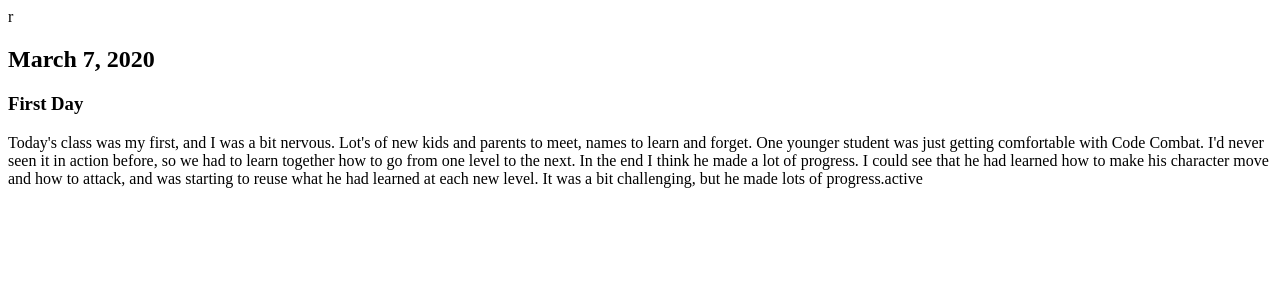
Repository: chocochocosensei/Mission-Exercises
Page: Page1/index.html
The author's editor kept a copy of each file at every save. The page is drawn from the files as they stood at one save, then again after the next save.
The browser window is 1280 px wide. The pictures show the whole page.

Above is the page before, as saved 2020-03-10 06:13:40.

After the next save:
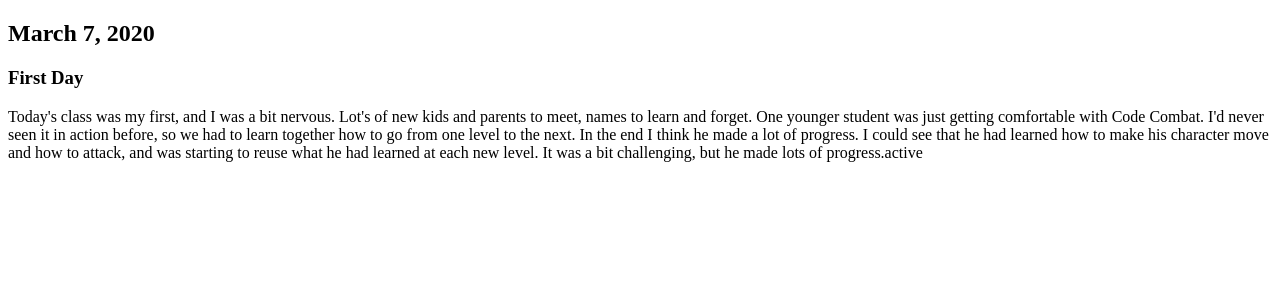
Saved 6 h 10 min later.
--- a/Page1/index.html
+++ b/Page1/index.html
@@ -3,7 +3,7 @@
 
 <head>
     <meta charset="utf-8">
-    <link rel="stylesheet" href="../style.css"> r
+    <link rel="stylesheet" href="../style.css">
     <title>Mission Exercises March 7 2020</title>
 </head>
 
@@ -42,7 +42,6 @@
 
 
 
-
 </body>
 
 </html>
